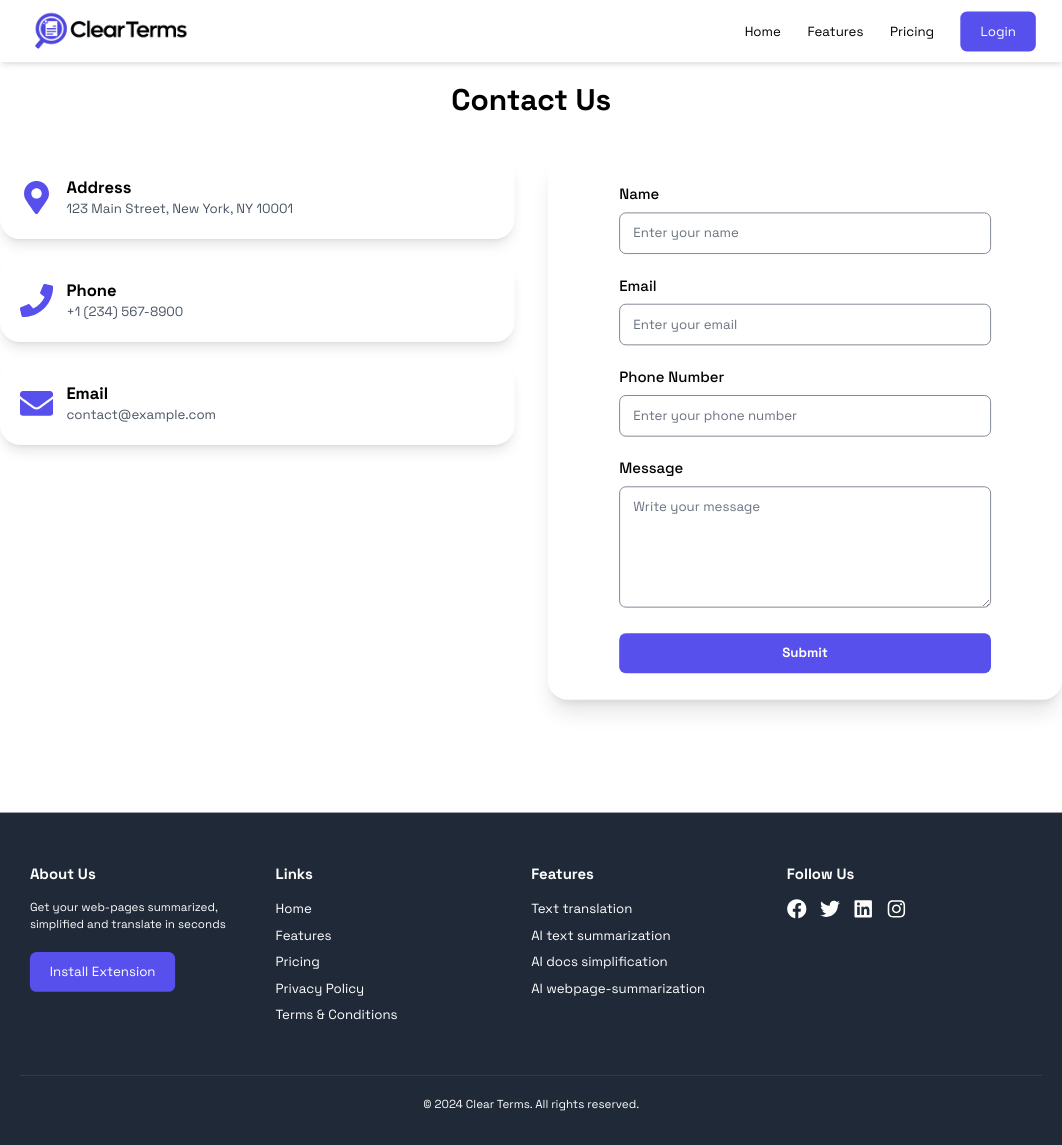
Repository: sabeelyousaf/clearterms
Page: /contact
These files come from the project's save history. The page is drawn as it stood at one moment and after the next save; the edit follows.
The browser window is 1280 px wide. The pictures show the whole page, at 83% of full size.
The project was rebuilt for these pictures with package versions that can differ from the ones it lists, and the page was loaded fresh each time. The framework's server and built-in components were replaced by stand-ins that run in the browser. Also part of the build but not shown: next.config.js.

Above is the page before, as saved 2024-12-01 01:57:14.

After the next save:
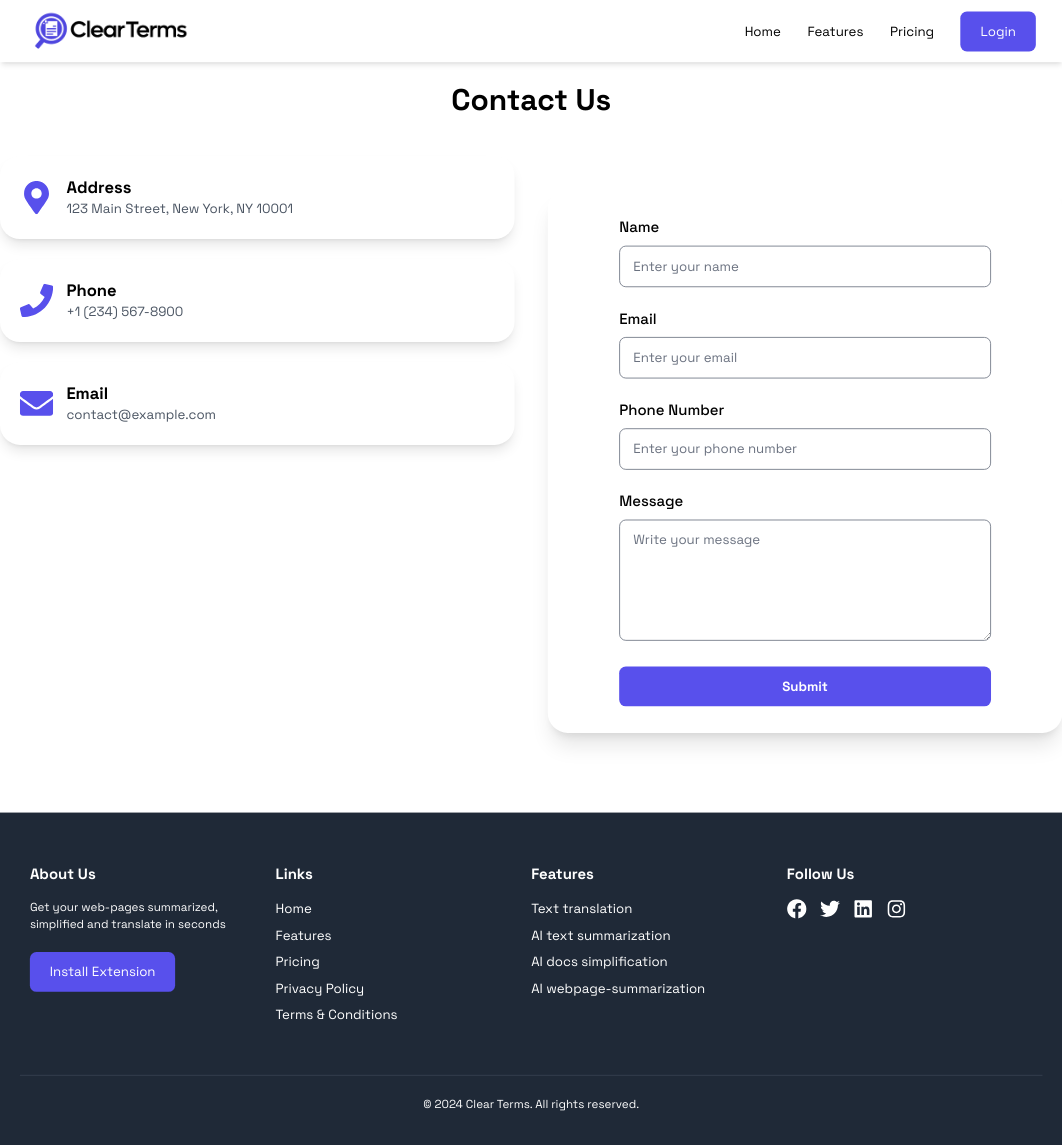
Saved 46 s later.
--- a/src/app/globals.css
+++ b/src/app/globals.css
@@ -66,7 +66,7 @@
   display: none!important;
 }
 .mob-margin{
-  margin-bottom: 40px!important;
+  margin-top: 40px!important;
 }
 
 /* Spinner animation */
